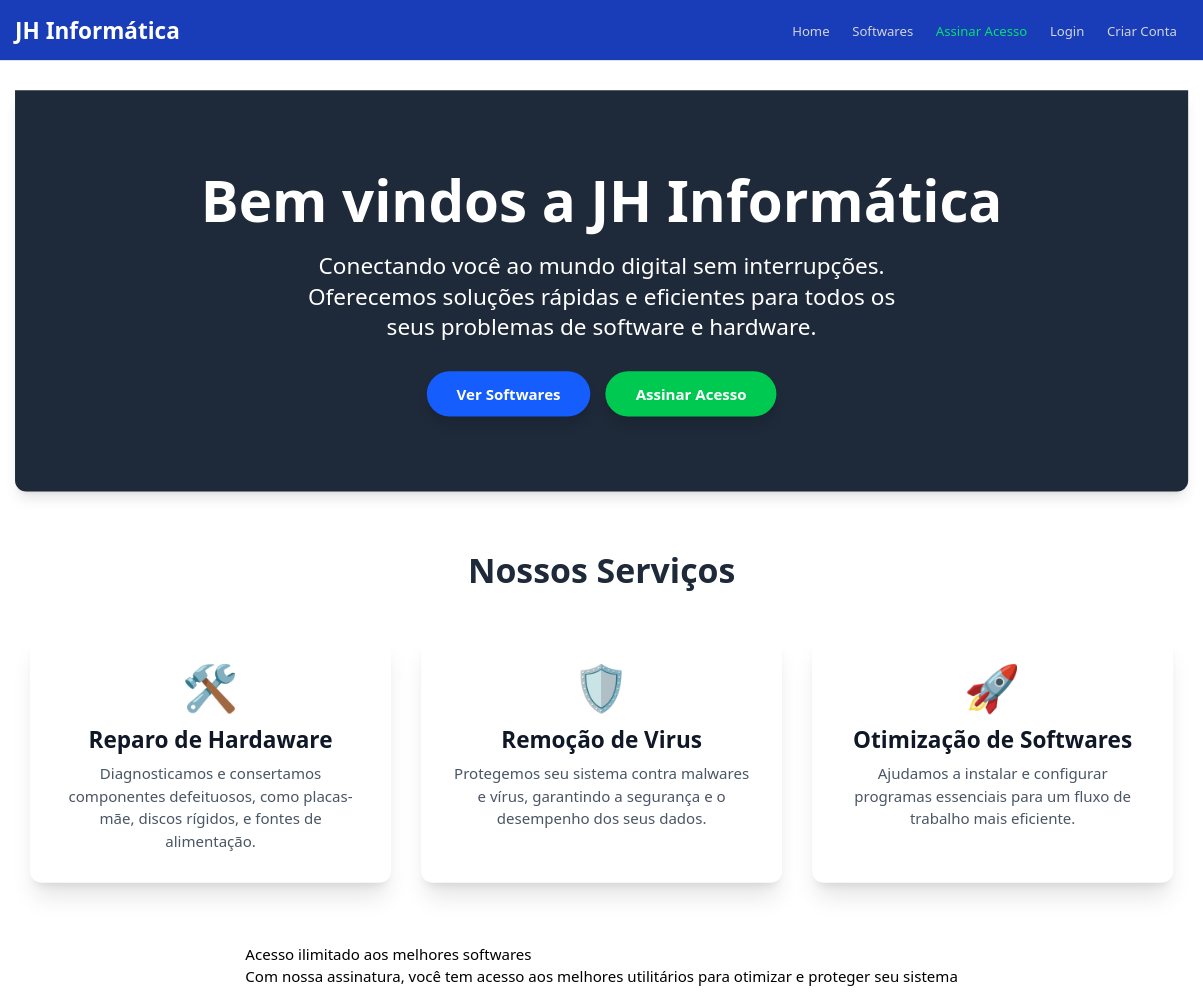
Repository: estevam02009/jh-info
Page: / (app in frontend/)
The author's editor kept a copy of each file at every save. The page is drawn from the files as they stood at one save, then again after the next save.
The browser window is 1280 px wide. The pictures show the whole page, at 94% of full size.
The project was rebuilt for these pictures with package versions that can differ from the ones it lists, and the page was loaded fresh each time. Also part of the build but not shown: frontend/src/pages/Login.jsx, frontend/src/pages/Register.jsx, frontend/src/pages/Dashboard.jsx, frontend/src/components/ProtectedRoute.jsx, frontend/src/pages/SoftwareList.jsx, frontend/src/pages/SoftwareDetails.jsx, frontend/src/pages/SoftwareManagement.jsx, frontend/src/pages/PaymentPage.jsx and 1 more.

Above is the page before, as saved 2025-07-13 11:50:08.

After the next save:
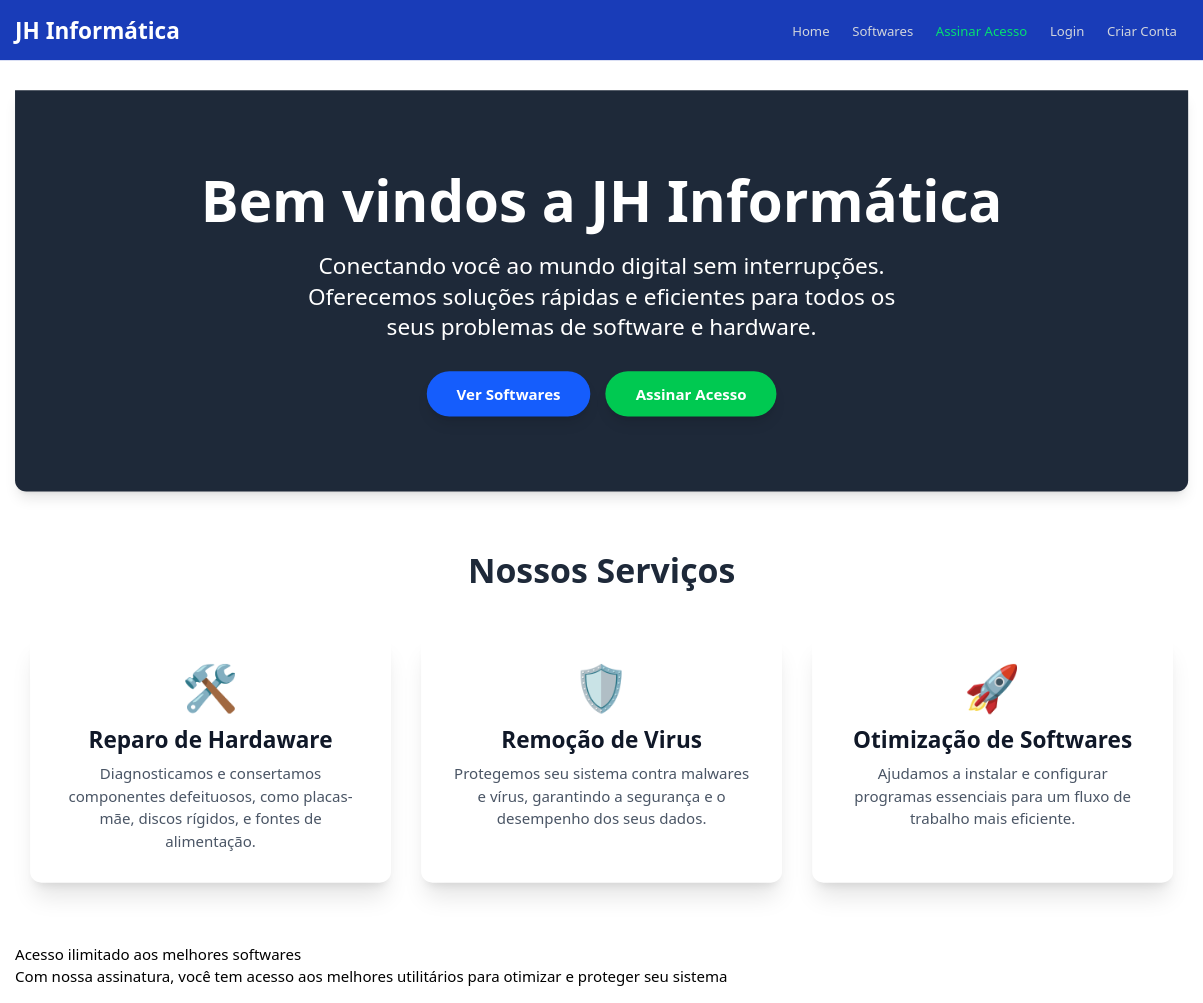
Saved 18 s later.
--- a/frontend/src/pages/Home.jsx
+++ b/frontend/src/pages/Home.jsx
@@ -64,7 +64,7 @@ const Home = () => {
             </div>
 
             {/* Seção de chamada para a ação */}
-            <div>
+            <div className='w-full'>
                 <h2>Acesso ilimitado aos melhores softwares</h2>
                 <p>
                     Com nossa assinatura, você tem acesso aos melhores utilitários para otimizar e proteger seu sistema
